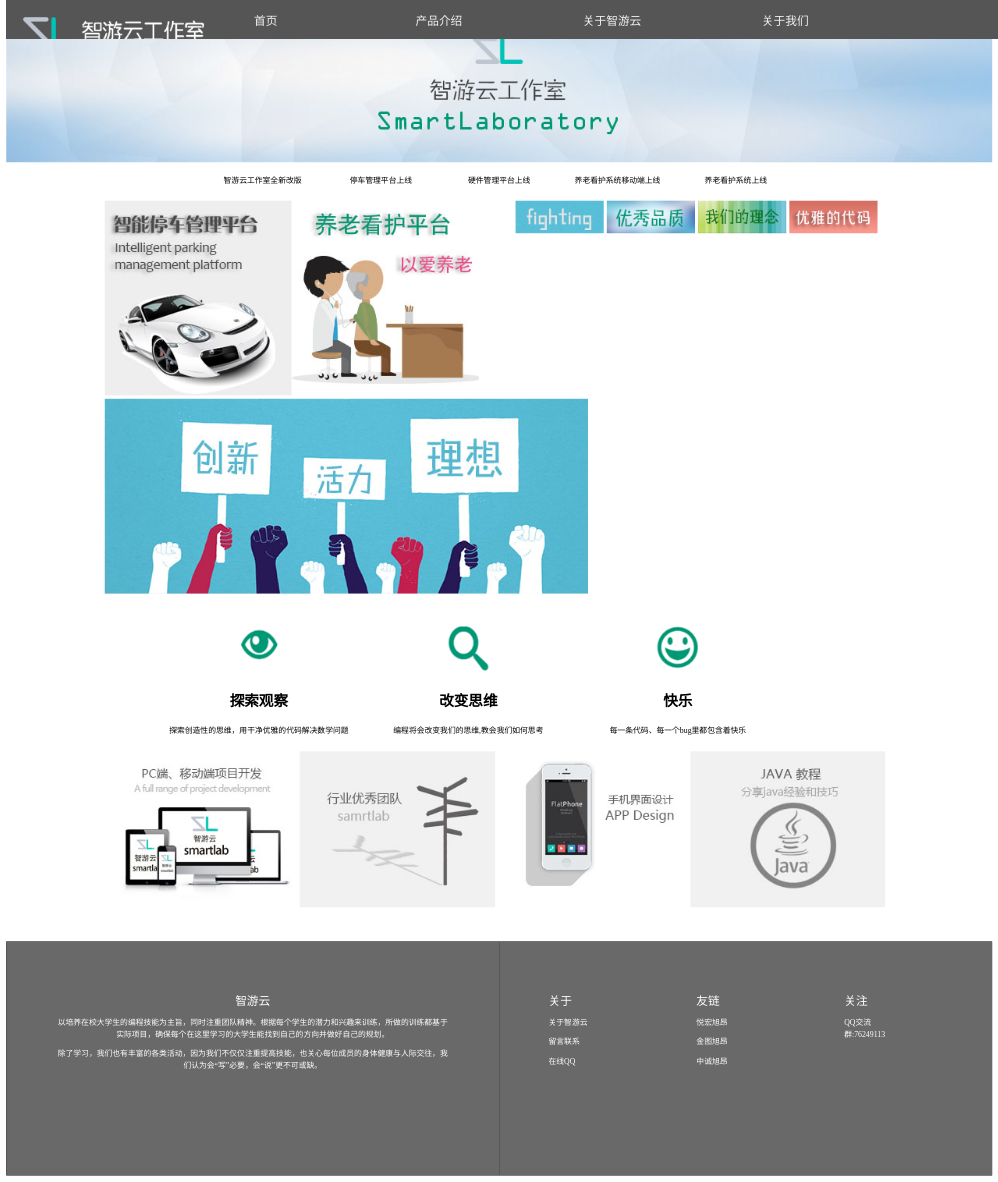
Repository: dakai1234/webTest
Page: 智游云1/index/index.html
An editor plug-in stored every save of this project. The page is shown before and after the next save, followed by the edit.
The browser window is 1280 px wide. The pictures show the whole page, at 78% of full size.

Above is the page before, as saved 2021-04-10 08:05:08.

### 智游云1/index/index.html
<!DOCTYPE html>
<html lang="en">

<head>
    <meta charset="UTF-8">
    <meta http-equiv="X-UA-Compatible" content="IE=edge">
    <meta name="viewport" content="width=device-width, initial-scale=1.0">
    <link rel="stylesheet" href="index.css">
    <link rel="stylesheet" href="../footerCss/footer.css">
    <link rel="stylesheet" href="../headerCss/header.css">
    <title>首页</title>

</head>

<body>
    <div class="header">
        <a href="images/logo.png"><img class="logo_img" src="../about/images/logo.png"></a>
        <a href="index.html"> 首页 </a>
        <a href="../product/product.html"> 产品介绍 </a>
        <a href="../about/about.html"> 关于智游云 </a>
        <a href="#"> 关于我们 </a>
    </div>

    <div class="banner_img">
        <img class="bannerName_img" src="images/bannerName.png">
    </div>

    <div class="new_content">
        <p>智游云工作室全新改版</p>
        <p>停车管理平台上线</p>
        <p>硬件管理平台上线</p>
        <p>养老看护系统移动端上线</p>
        <p>养老看护系统上线</p>
    </div>

    <div class="content_img">
        <div class="introduce"><img src="images/introduce1.jpg" /></div>
        <div class="introduce"><img src="images/introduce2jpg.jpg" /></div>
        <div class="introduce"><img src="images/s1.jpg" /></div>
        <div class="tip">
            <img src="images/tip1.png" />
            <img src="images/tip2.png" />
            <img src="images/tip3.png" />
            <img src="images/tip4.png" />
        </div>
    </div>

    <div class="title">
        <div class="title_content">
            <img src="images/photo1.png" />
            <h3>探索观察</h3>
            <p>探索创造性的思维，用干净优雅的代码解决数学问题</p>
        </div>
        <div class="title_content">
            <img src="images/photo2.png" />
            <h3>改变思维</h3>
            <p>编程将会改变我们的思维,教会我们如何思考</p>
        </div>
        <div class="title_content">
            <img src="images/photo3.png" />
            <h3>快乐</h3>
            <p>每一条代码、每一个bug里都包含着快乐</p>
        </div>
    </div>

    <div class="content_img">
        <div class="introduce"><img src="images/one.jpg" /></div>
        <div class="introduce"><img src="images/two.jpg" /></div>
        <div class="introduce"><img src="images/three.jpg" /></div>
        <div class="introduce"><img src="images/four.jpg" /></div>
    </div>

    <div class="footer">
        <div class="footer_inner">
            <div class="text">
                <span>智游云</span>
                <p>
                    以培养在校大学生的编程技能为主旨，同时注重团队精神。根据每个学生的潜力和兴趣来训练，所做的训练都基于实际项目，确保每个在这里学习的大学生能找到自己的方向并做好自己的规划。
                </p>
                <p>
                    除了学习，我们也有丰富的各类活动，因为我们不仅仅注重提高技能，也关心每位成员的身体健康与人际交往，我们认为会“写”必要，会“说”更不可或缺。
                </p>
            </div>
        </div>
        <div class="footer_inner">
            <div class="text_intro">
                <span>关于</span>
                <p>关于智游云</p>
                <p>留言联系</p>
                <p>在线QQ</p>
            </div>
            <div class="text_intro">
                <span>友链</span>
                <p>悦宏旭昂</p>
                <p>金图旭昂</p>
                <p>中诚旭昂</p>
            </div>
            <div class="text_intro">
                <span>关注</span>
                <p>QQ交流群:76249113</p>
            </div>

        </div>
    </div>

</body>

</html>

### 智游云1/index/index.css
.banner_img {
    text-align: center;
    margin-top: auto;
    background: url(images/banner.jpg) no-repeat;
    background-size: 100% 200px;
}

.new_content {
    padding: 0% 20%;
    overflow: auto;
    text-align: center;
}

.new_content p {
    display: block;
    font-size: 10px;
    width: 20%;
    float: left;
}

.new_content p:hover {
    color: aquamarine
}

.content_img {
    padding: 0% 8% 0% 10%;
    margin-top: 10px;
    overflow: auto;
}

.introduce {
    float: left;
    overflow: auto;
    text-align: center;
}

.tip {
    text-align: center;
}

.title {
    padding-left: 15%;
    margin-top: 3%;
    overflow: hidden;
}

.title_content {
    width: 25%;
    float: left;
    text-align: center;
}

.title_content p {
    font-size: 10px;
}

### 智游云1/footerCss/footer.css
.footer {
    margin: 40px 0px 0px 0px;
    width: 100%;
    height: 300px;
    background-color: #000;
    overflow: auto;
    box-sizing: border-box;
    position: relative;
}

.footer_inner {
    width: 50%;
    color: #FFF;
    height: 300px;
    background-color: dimgray;
    float: left;
}

.text {
    padding: 10% 10%;
    text-align: center;
    font-size: 10px;
    font-weight: lighter;
}

.text span {
    font-size: 15px;
}

.text p:hover {
    color: #000;
}

.text_intro {
    padding: 10% 10%;
    width: 10%;
    font-size: 10px;
    font-weight: lighter;
    float: left;
}

.text_intro span {
    font-size: 15px;
}

.text_intro p:hover {
    color: #000;
}

### 智游云1/headerCss/header.css
.header {
    background-color: #555;
    width: 100%;
    height: 7%;
    overflow: auto;
    position: fixed;
    top: 0;
}

.header a {
    float: left;
    width: 15%;
    color: #f2f2f2;
    text-align: center;
    padding: 15px;
    text-decoration: none;
    font-size: 15px;
}

.header a:hover {
    color: #333;
}

.header a:active {
    color: #333;
}

.logo_img {
    float: left;
    padding: 5px 0px;
}

After the next save:
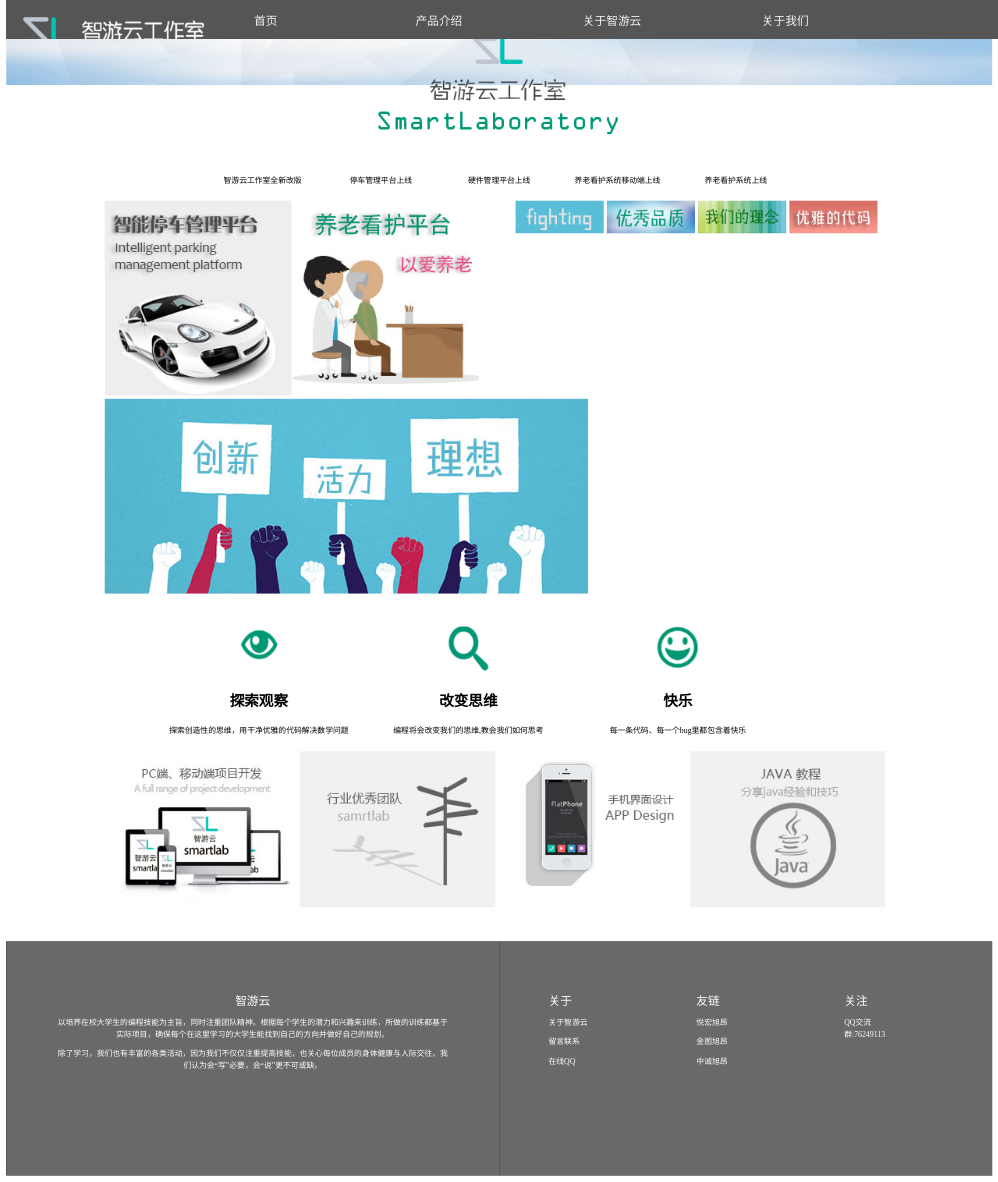
Saved 43 s later.
--- a/智游云1/index/index.css
+++ b/智游云1/index/index.css
@@ -1,8 +1,7 @@
 .banner_img {
     text-align: center;
-    margin-top: auto;
     background: url(images/banner.jpg) no-repeat;
-    background-size: 100% 200px;
+    background-size: 100%;
 }
 
 .new_content {

After the save that followed:
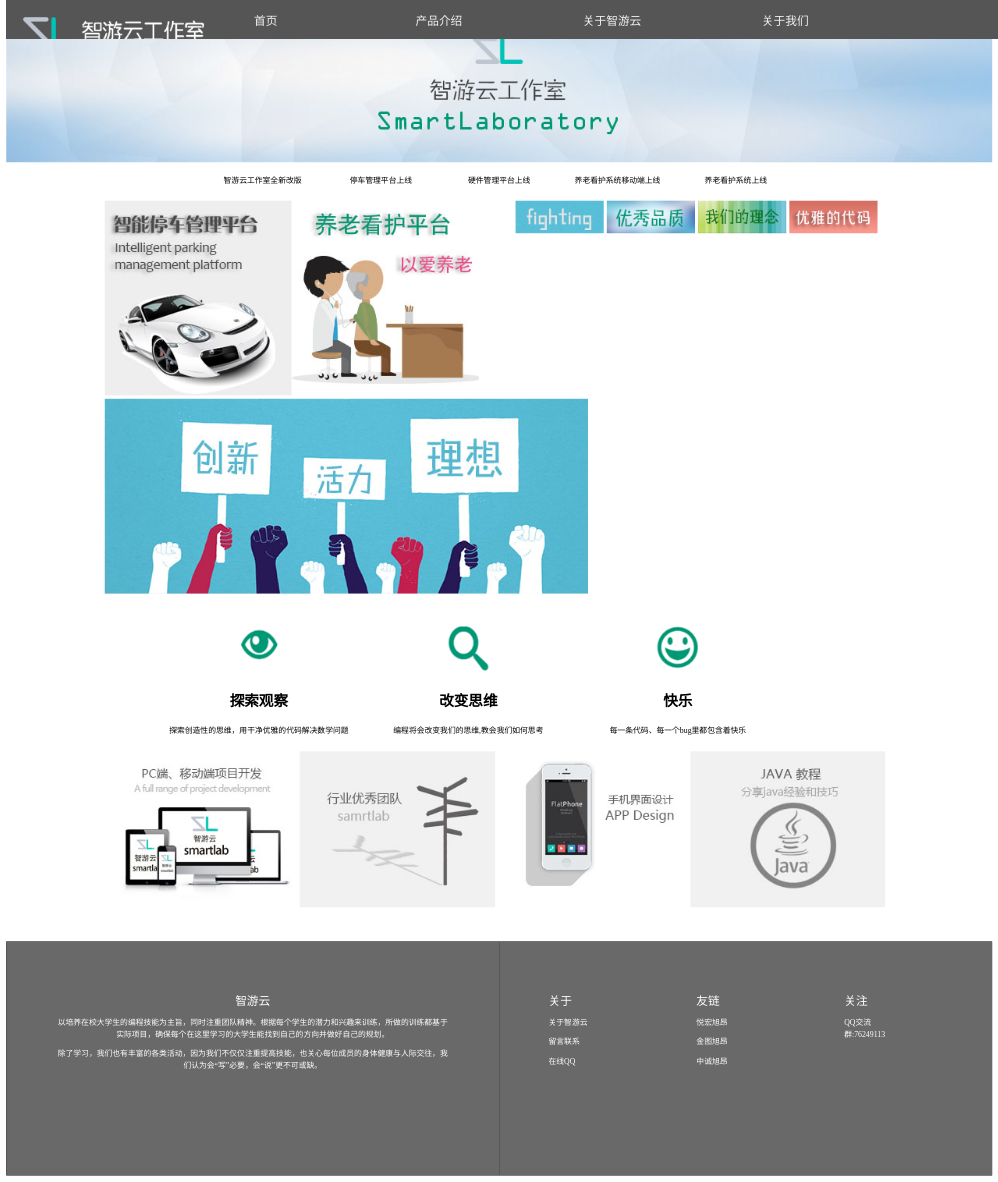
Saved 38 s later.
--- a/智游云1/index/index.css
+++ b/智游云1/index/index.css
@@ -1,7 +1,8 @@
 .banner_img {
+    height: 7%;
     text-align: center;
     background: url(images/banner.jpg) no-repeat;
-    background-size: 100%;
+    background-size: 100% 200px;
 }
 
 .new_content {
